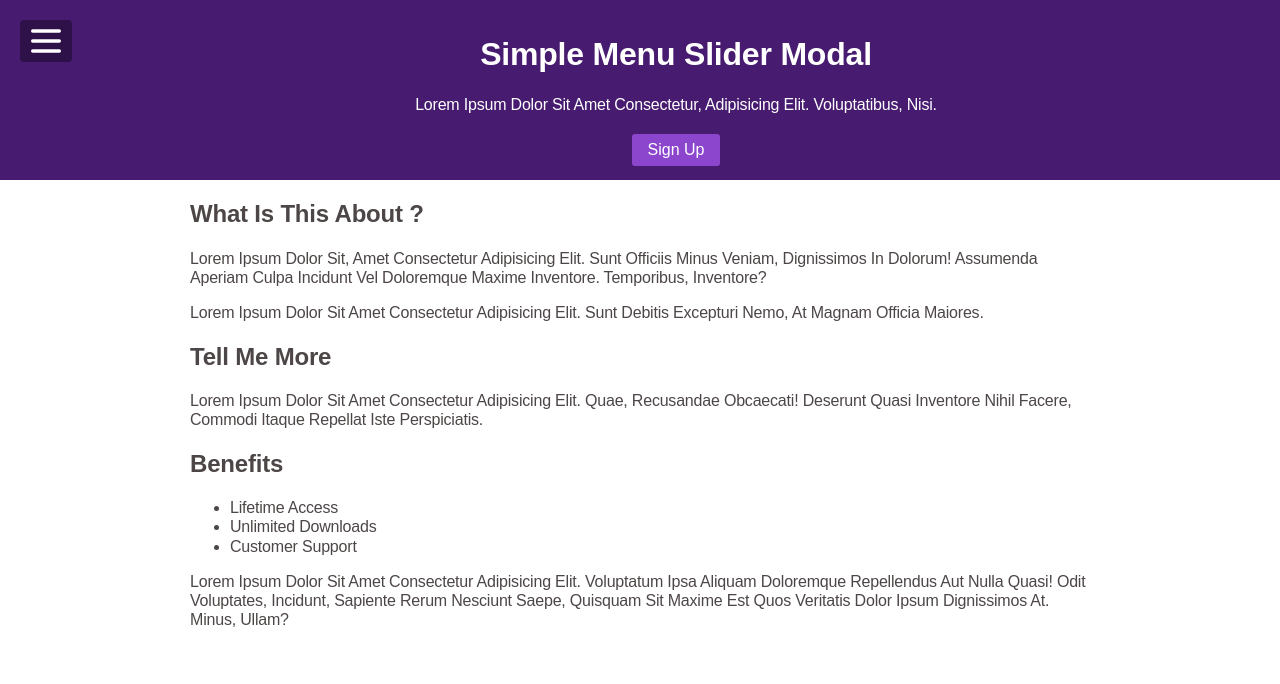
Repository: lilo750/Menu-Slider-modal
Page: index.html
These files come from the project's save history. The page is drawn as it stood at one moment and after the next save; the edit follows.
The browser window is 1280 px wide. The pictures show the whole page.

Above is the page before, as saved 2024-01-16 03:44:38.

After the next save:
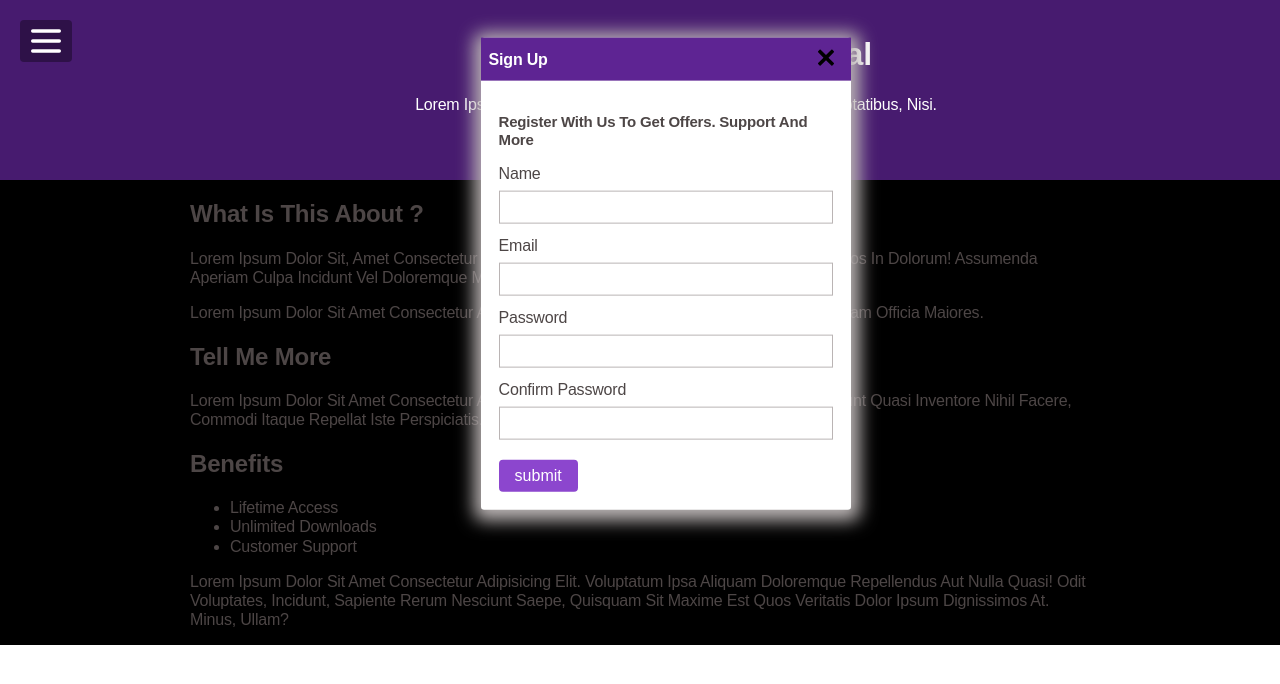
Saved 89 s later.
--- a/assets/logic.js
+++ b/assets/logic.js
@@ -21,4 +21,6 @@ const modalOverlayHandler = () => {
 
 signUpBtn.addEventListener('click', openModalHandler);
 closeBtn.addEventListener('click', closeModalHandler);
-container.addEventListener('click', modalOverlayHandler);
+// container.addEventListener('click', modalOverlayHandler);
+
+modalOverlayHandler();
